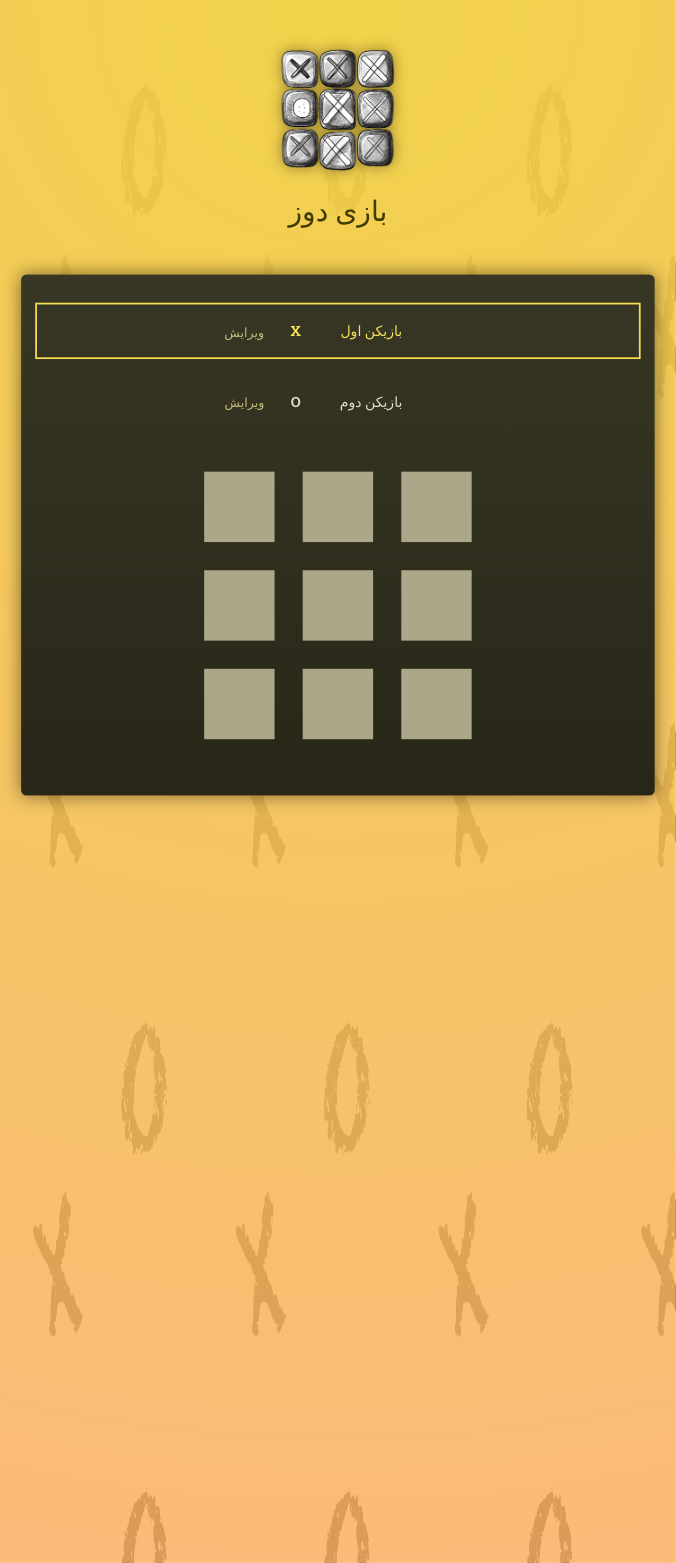
Repository: H-ala/react-tic-toc-toe
Page: /
The author's editor kept a copy of each file at every save. The page is drawn from the files as they stood at one save, then again after the next save.
The browser window is 768 px wide. The pictures show the whole page, at 88% of full size.
Some web fonts or font styles are not loaded; a fallback is used. The project was rebuilt for these pictures with package versions that can differ from the ones it lists, and the page was loaded fresh each time. Also part of the build but not shown: vite.config.js, src/components/GameOver.jsx.

Above is the page before, as saved 2025-10-21 18:20:34.

After the next save:
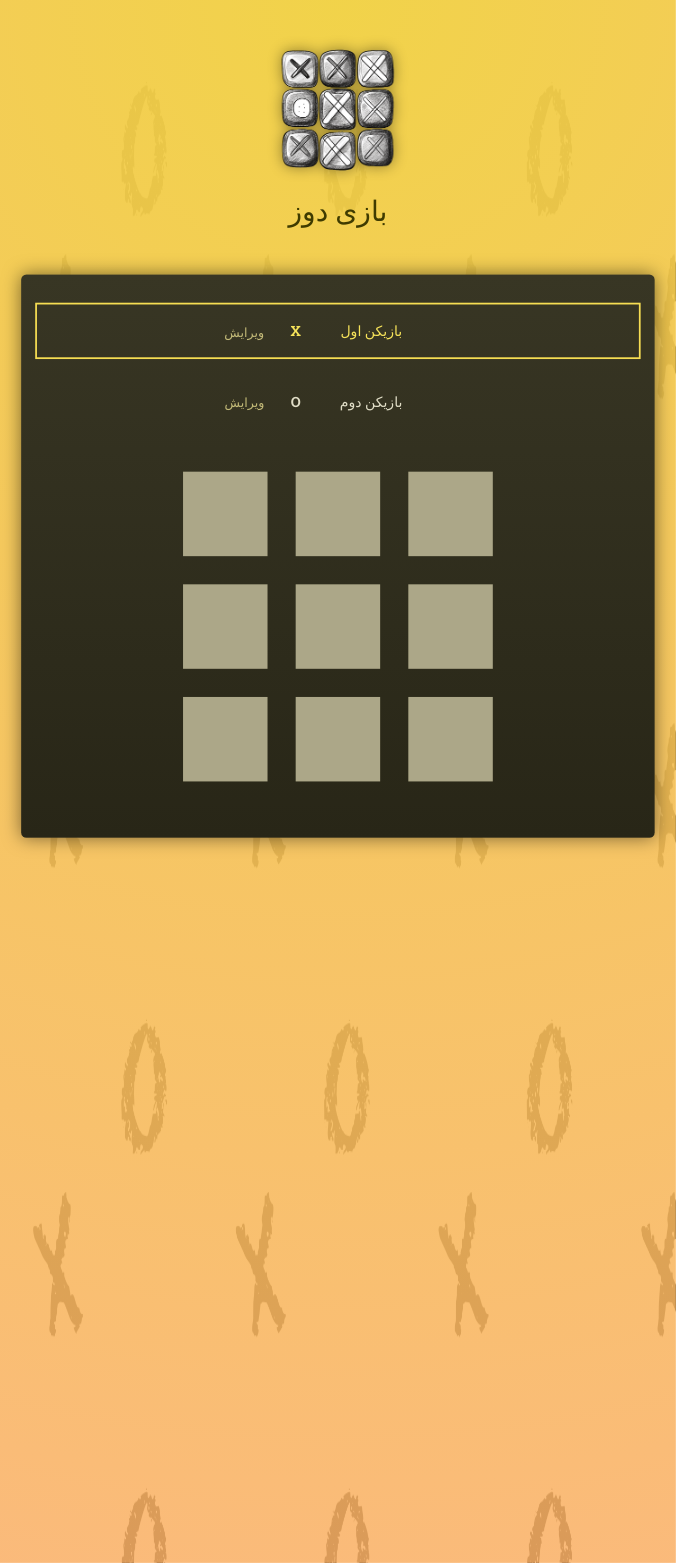
Saved 7 s later.
--- a/src/index.css
+++ b/src/index.css
@@ -373,8 +373,8 @@ ol {
   }
 
   #game-board button {
-    width: 5rem;
-    height: 5rem;
+    width: 6rem;
+    height: 6rem;
     font-size: 2.5rem;
   }
 
